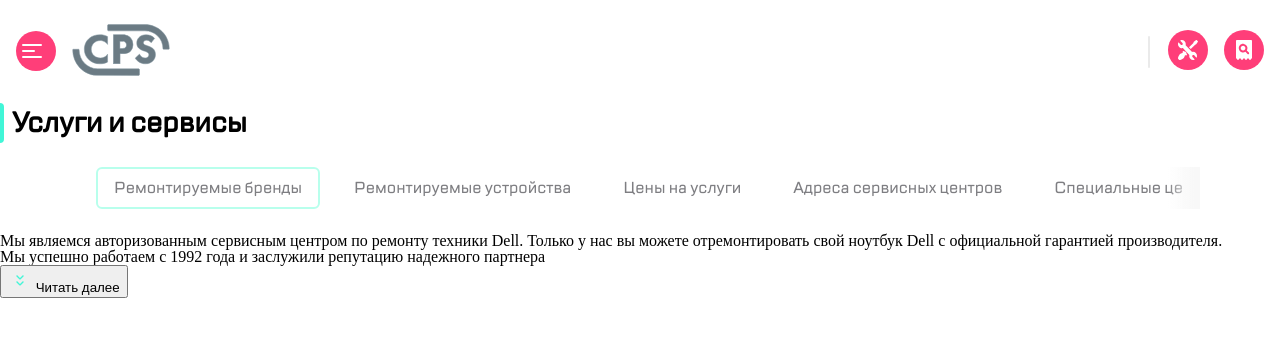
Repository: sem1103/bem
Page: index.html
These files come from the project's save history. The page is drawn as it stood at one moment and after the next save; the edit follows.
The browser window is 1280 px wide. The pictures show the whole page.

Above is the page before, as saved 2023-12-27 18:25:59.

### index.html
<!DOCTYPE html>
<html lang="en">
<head>
    <meta charset="UTF-8">
    <meta name="viewport" content="width=device-width, initial-scale=1.0">
    <title>CPS</title>
    <link rel="stylesheet" href="styles/reset.css">
    <link rel="stylesheet" href="styles/main.css">
</head>
<body>
    <div id="page" >
        <header>
            <nav>
                <div class="burger">
                    <button class="burger__btn ">
                        <span></span>
                        <span></span>
                        <span></span>
                    </button>
                </div>

                <div class="burger-menu">

                    <ul class="burger-menu__list">
                        <li><a href="">Главная</a></li>
                        <li><a href="">Услуги и сервисы</a></li>
                        <li><a href="">Контакты</a></li>
                        <li><a href="">
                            <svg xmlns="http://www.w3.org/2000/svg" width="40" height="40" viewBox="0 0 40 40" fill="none">
                                <rect width="40" height="40" rx="20" fill="#FF3E79"/>
                                <path fill-rule="evenodd" clip-rule="evenodd" d="M12.7602 23.25L15.3002 22.96C15.9102 22.89 16.5102 23.1 16.9402 23.53L18.7802 25.37C21.6102 23.93 23.9302 21.62 25.3702 18.78L23.5202 16.93C23.0902 16.5 22.8802 15.9 22.9502 15.29L23.2402 12.77C23.3602 11.76 24.2102 11 25.2302 11H26.9602C28.0902 11 29.0302 11.94 28.9602 13.07C28.4302 21.61 21.6002 28.43 13.0702 28.96C11.9402 29.03 11.0002 28.09 11.0002 26.96V25.23C10.9902 24.22 11.7502 23.37 12.7602 23.25Z" fill="white"/>
                              </svg>
                        </a></li>
                        <li><a href="">
                            <svg xmlns="http://www.w3.org/2000/svg" width="40" height="40" viewBox="0 0 40 40" fill="none">
                                <rect width="40" height="40" rx="20" fill="#FF3E79"/>
                                <path fill-rule="evenodd" clip-rule="evenodd" d="M28 11H12C10.9 11 10.01 11.9 10.01 13L10 31L14 26H28C29.1 26 30 25.1 30 24V13C30 11.9 29.1 11 28 11ZM21 22H15C14.45 22 14 21.55 14 21C14 20.45 14.45 20 15 20H21C21.55 20 22 20.45 22 21C22 21.55 21.55 22 21 22ZM25 17H15C14.45 17 14 16.55 14 16C14 15.45 14.45 15 15 15H25C25.55 15 26 15.45 26 16C26 16.55 25.55 17 25 17Z" fill="white"/>
                                <mask id="mask0_0_1880" style="mask-type:luminance" maskUnits="userSpaceOnUse" x="10" y="11" width="20" height="20">
                                  <path fill-rule="evenodd" clip-rule="evenodd" d="M28 11H12C10.9 11 10.01 11.9 10.01 13L10 31L14 26H28C29.1 26 30 25.1 30 24V13C30 11.9 29.1 11 28 11ZM21 22H15C14.45 22 14 21.55 14 21C14 20.45 14.45 20 15 20H21C21.55 20 22 20.45 22 21C22 21.55 21.55 22 21 22ZM25 17H15C14.45 17 14 16.55 14 16C14 15.45 14.45 15 15 15H25C25.55 15 26 15.45 26 16C26 16.55 25.55 17 25 17Z" fill="white"/>
                                </mask>
                                <g mask="url(#mask0_0_1880)">
                                </g>
                              </svg>
                        </a></li>
                        <li><a href="">
                            <svg xmlns="http://www.w3.org/2000/svg" width="40" height="40" viewBox="0 0 40 40" fill="none">
                                <rect width="40" height="40" rx="20" fill="#FF3E79"/>
                                <path d="M20.5 19C22.9853 19 25 16.9853 25 14.5C25 12.0147 22.9853 10 20.5 10C18.0147 10 16 12.0147 16 14.5C16 16.9853 18.0147 19 20.5 19Z" fill="white"/>
                                <path d="M10.0166 26.6118C9.88693 27.3412 10.5352 28 11.339 28H28.6604C29.4902 28 30.1125 27.3412 29.9829 26.6118C29.2309 22.4 25.0561 20 19.9997 20C14.9433 20 10.7686 22.4 10.0166 26.6118Z" fill="white"/>
                              </svg>
                        </a></li>
                    </ul>
                </div>

                <div class="logo">
                    <svg class="logo__item" xmlns="http://www.w3.org/2000/svg" width="98" height="52" viewBox="0 0 98 52" fill="none">
                        <path fill-rule="evenodd" clip-rule="evenodd" d="M36.5703 0.592529C36.018 0.592529 35.5703 1.04024 35.5703 1.59253V5.86748C35.5703 6.41977 36.018 6.86748 36.5703 6.86748H72.8973C83.0242 6.86748 90.9777 14.6641 90.9777 24.757C90.9777 25.0425 91.2092 25.274 91.4948 25.274H96.757C97.0425 25.274 97.274 25.0425 97.274 24.757C97.274 11.2677 86.432 0.592529 72.8973 0.592529H36.5703Z" fill="#6B7B84" stroke="#80949F" stroke-width="0.5"/>
                        <path fill-rule="evenodd" clip-rule="evenodd" d="M7.10682 25.7122C7.10682 25.4702 6.91059 25.2739 6.66853 25.2739H1.16436C0.922303 25.2739 0.726074 25.4702 0.726074 25.7122C0.726074 39.3616 10.9493 50.6311 24.1687 51.3686L66.5104 51.4064C67.063 51.4069 67.5113 50.959 67.5113 50.4064V45.8267C67.5113 45.2745 67.0635 44.8267 66.5113 44.8267H25.6265C15.3903 44.7984 7.10682 36.283 7.10682 25.7122Z" fill="#6B7B84" stroke="#80949F" stroke-width="0.5"/>
                        <path fill-rule="evenodd" clip-rule="evenodd" d="M28.1415 39.7924C30.8803 39.7924 33.1616 39.2603 35.4149 38.1655L35.5704 38.0199V30.1855L34.7273 31.2649C33.1049 33.0378 30.9259 34.0137 28.4608 34.0137C23.8692 34.0137 19.2575 31.0459 19.2575 25.3738C19.2575 21.0874 22.4381 16.532 28.2993 16.532C29.4688 16.532 32.313 16.8085 34.7232 19.368L35.5704 20.4117V12.6127L35.4218 12.4653C33.1258 11.3147 30.7843 10.7554 28.1137 10.7554C23.5467 10.7554 19.9821 11.9577 17.1438 14.4289C15.3435 15.9777 12.3408 19.4485 12.3408 25.2923C12.3408 29.6131 13.8793 32.9875 17.1669 35.9144C20.2252 38.5962 23.6163 39.7924 28.1415 39.7924Z" fill="#6B7B84"/>
                        <path d="M28.1415 39.7924C30.8803 39.7924 33.1616 39.2603 35.4149 38.1655L35.5704 38.0199V30.1855L34.7273 31.2649C33.1049 33.0378 30.9259 34.0137 28.4608 34.0137C23.8692 34.0137 19.2575 31.0459 19.2575 25.3738C19.2575 21.0874 22.4381 16.532 28.2993 16.532C29.4688 16.532 32.313 16.8085 34.7232 19.368L35.5704 20.4117V12.6127L35.4218 12.4653C33.1258 11.3147 30.7843 10.7554 28.1137 10.7554C23.5467 10.7554 19.9821 11.9577 17.1438 14.4289C15.3435 15.9777 12.3408 19.4485 12.3408 25.2923C12.3408 29.6131 13.8793 32.9875 17.1669 35.9144C20.2252 38.5962 23.6163 39.7924 28.1415 39.7924" stroke="#80949F" stroke-width="0.5"/>
                        <path fill-rule="evenodd" clip-rule="evenodd" d="M47.9111 17.2888H49.2755C50.5269 17.2888 51.9533 17.3571 53.0328 18.093C53.56 18.4695 54.4445 19.3412 54.4445 20.9246C54.4445 22.0946 53.9274 23.1437 53.0734 23.7984C51.9783 24.5932 50.6768 24.5476 49.6309 24.5476H47.9111V17.2888ZM50.977 29.8179C54.2084 29.8179 56.7377 28.8858 58.4943 27.1298C60.655 24.9735 60.9779 22.0073 60.9779 20.4435C60.9779 18.7703 60.5813 15.5066 57.9212 13.1435C55.7407 11.2328 53.4142 10.7554 50.1324 10.7554H41.3779V39.7924H48.0365V29.8179H50.977Z" fill="#6B7B84"/>
                        <path d="M47.9111 17.2888V17.0388H47.6611V17.2888H47.9111ZM53.0328 18.093L53.1782 17.8895L53.1736 17.8864L53.0328 18.093ZM53.0734 23.7984L53.2203 24.0007L53.2254 23.9968L53.0734 23.7984ZM47.9111 24.5476H47.6611V24.7976H47.9111V24.5476ZM58.4943 27.1298L58.3177 26.9529L58.3175 26.953L58.4943 27.1298ZM57.9212 13.1435L58.0872 12.9566L58.086 12.9555L57.9212 13.1435ZM41.3779 10.7554V10.5054H41.1279V10.7554H41.3779ZM41.3779 39.7924H41.1279V40.0424H41.3779V39.7924ZM48.0365 39.7924V40.0424H48.2865V39.7924H48.0365ZM48.0365 29.8179V29.5679H47.7865V29.8179H48.0365ZM47.9111 17.5388H49.2755V17.0388H47.9111V17.5388ZM49.2755 17.5388C50.5326 17.5388 51.8839 17.6123 52.892 18.2995L53.1736 17.8864C52.0227 17.1019 50.5212 17.0388 49.2755 17.0388V17.5388ZM52.8875 18.2964C53.3751 18.6447 54.1945 19.4495 54.1945 20.9246H54.6945C54.6945 19.233 53.7448 18.2943 53.1782 17.8895L52.8875 18.2964ZM54.1945 20.9246C54.1945 22.0205 53.7107 22.9948 52.9213 23.5999L53.2254 23.9968C54.1441 23.2926 54.6945 22.1687 54.6945 20.9246H54.1945ZM52.9265 23.596C51.9091 24.3345 50.6971 24.2976 49.6309 24.2976V24.7976C50.6564 24.7976 52.0475 24.8519 53.2202 24.0007L52.9265 23.596ZM49.6309 24.2976H47.9111V24.7976H49.6309V24.2976ZM48.1611 24.5476V17.2888H47.6611V24.5476H48.1611ZM50.977 30.0679C54.2568 30.0679 56.8563 29.1207 58.671 27.3066L58.3175 26.953C56.6191 28.6509 54.1599 29.5679 50.977 29.5679V30.0679ZM58.6709 27.3068C60.9029 25.0793 61.2279 22.0287 61.2279 20.4435H60.7279C60.7279 21.9859 60.407 24.8678 58.3177 26.9529L58.6709 27.3068ZM61.2279 20.4435C61.2279 18.7422 60.8263 15.3898 58.0872 12.9566L57.7552 13.3304C60.3363 15.6233 60.7279 18.7983 60.7279 20.4435H61.2279ZM58.086 12.9555C55.84 10.9874 53.4417 10.5054 50.1324 10.5054V11.0054C53.3867 11.0054 55.6415 11.4782 57.7564 13.3315L58.086 12.9555ZM50.1324 10.5054H41.3779V11.0054H50.1324V10.5054ZM41.1279 10.7554V39.7924H41.6279V10.7554H41.1279ZM41.3779 40.0424H48.0365V39.5424H41.3779V40.0424ZM48.2865 39.7924V29.8179H47.7865V39.7924H48.2865ZM48.0365 30.0679H50.977V29.5679H48.0365V30.0679Z" fill="#80949F"/>
                        <path fill-rule="evenodd" clip-rule="evenodd" d="M80.953 24.4687C79.5053 23.1861 77.4846 22.4425 75.1911 21.6713C73.5569 21.1027 72.6565 20.7894 72.0562 20.2421C71.5824 19.8399 71.3712 19.4033 71.3712 18.8262C71.3712 17.5622 72.2301 16.2113 74.6414 16.2113C76.2801 16.2113 77.6521 16.912 78.7197 18.293L79.1435 18.8414L82.6597 14.3656L82.3392 14.0445C80.1886 11.8924 77.3548 10.7554 74.1439 10.7554C67.6657 10.7554 64.7658 14.9699 64.7658 19.1468C64.7658 21.3882 65.5651 23.196 67.1367 24.5175C68.5437 25.7234 70.2595 26.3991 71.9054 26.9507L72.0914 27.0123C73.553 27.4954 75.0646 27.9954 75.9674 28.8034C76.5955 29.3805 76.8754 30.0076 76.8754 30.8367C76.8754 32.7368 75.379 34.0137 73.152 34.0137C71.3916 34.0137 69.0735 33.1508 67.8471 30.7296L67.5263 30.0953L63.1558 34.1411L63.4135 34.5056C64.8079 36.4801 67.9545 39.7924 73.3594 39.7924C79.3191 39.7924 83.4817 35.9608 83.4817 30.4751C83.4817 27.3374 82.1051 25.4752 80.953 24.4687Z" fill="#6B7B84"/>
                        <path d="M80.953 24.4687C79.5053 23.1861 77.4846 22.4425 75.1911 21.6713C73.5569 21.1027 72.6565 20.7894 72.0562 20.2421C71.5824 19.8399 71.3712 19.4033 71.3712 18.8262C71.3712 17.5622 72.2301 16.2113 74.6414 16.2113C76.2801 16.2113 77.6521 16.912 78.7197 18.293L79.1435 18.8414L82.6597 14.3656L82.3392 14.0445C80.1886 11.8924 77.3548 10.7554 74.1439 10.7554C67.6657 10.7554 64.7658 14.9699 64.7658 19.1468C64.7658 21.3882 65.5651 23.196 67.1367 24.5175C68.5437 25.7234 70.2595 26.3991 71.9054 26.9507L72.0914 27.0123C73.553 27.4954 75.0646 27.9954 75.9674 28.8034C76.5955 29.3805 76.8754 30.0076 76.8754 30.8367C76.8754 32.7368 75.379 34.0137 73.152 34.0137C71.3916 34.0137 69.0735 33.1508 67.8471 30.7296L67.5263 30.0953L63.1558 34.1411L63.4135 34.5056C64.8079 36.4801 67.9545 39.7924 73.3594 39.7924C79.3191 39.7924 83.4817 35.9608 83.4817 30.4751C83.4817 27.3374 82.1051 25.4752 80.953 24.4687" stroke="#80949F" stroke-width="0.5"/>
                      </svg>
                </div>

                <div class="right-nav">
                    <ul class="right-nav__list">
                        <li><a href="">
                            <svg xmlns="http://www.w3.org/2000/svg" width="40" height="40" viewBox="0 0 40 40" fill="none">
                                <rect width="40" height="40" rx="20" fill="#FF3E79"/>
                                <path d="M18.2581 23.4583L18.6668 23.0494L16.95 21.3322L16.5412 21.7411L16.3368 21.5367C16.0098 21.1687 15.6828 20.9643 15.3558 21.0052C15.1105 21.0052 14.9061 21.1687 14.7426 21.414C14.4973 21.8229 14.62 22.2726 14.6608 22.5588C14.6608 22.6406 14.7017 22.6815 14.7017 22.7632C14.7017 22.8859 14.7017 23.0494 14.4156 23.0903C14.0068 23.213 13.4754 23.3356 12.944 23.6218C12.2082 24.0307 11.7176 24.3987 11.4315 24.7666C9.91902 26.7291 10.0008 28.4055 10.0008 28.4872C10.0008 28.6099 10.0417 28.6917 10.1234 28.7325L11.2271 29.8773C11.3089 29.9591 11.3906 30 11.4724 30C11.4724 30 11.5133 30 11.595 30C12.0038 30 13.4754 29.9182 15.1922 28.569C15.5601 28.2828 15.928 27.7922 16.3368 27.0562C16.623 26.5656 16.7865 26.0341 16.8682 25.5844C16.95 25.2982 17.0726 25.2982 17.1953 25.2982C17.2361 25.2982 17.3179 25.339 17.3996 25.339C17.5631 25.3799 17.7267 25.4208 17.931 25.4208C18.1354 25.4208 18.3398 25.3799 18.5442 25.2573C18.7895 25.0937 18.953 24.8893 18.9939 24.644C19.0347 24.3169 18.8712 23.9898 18.5033 23.7036L18.2581 23.4583Z" fill="white"/>
                                <path d="M26.884 14.8784L28.0188 14.326C28.0609 14.2835 28.1449 14.241 28.1869 14.1986L29.9101 11.8616C30.0362 11.6916 30.0362 11.4367 29.8681 11.3092L28.6913 10.1195C28.5652 9.99199 28.313 9.9495 28.1449 10.077L25.8333 11.8191C25.7913 11.8616 25.7493 11.9041 25.7072 11.989L25.1609 13.1363L21 17.2154L22.7652 19L26.884 14.8784Z" fill="white"/>
                                <path d="M27.8527 23.0448C26.8636 22.0036 25.4393 21.6288 24.0941 22.0036L17.6453 15.1733C17.7244 14.7985 17.764 14.4653 17.764 14.0905C17.764 13.0493 17.3683 12.0081 16.6166 11.2167C15.588 10.0923 14.045 9.71742 12.6207 10.2172C12.5416 10.2588 12.4229 10.3838 12.3833 10.5504C12.3833 10.6753 12.4229 10.8003 12.502 10.9252L14.4406 12.966C14.8758 13.4241 14.8758 14.2154 14.4406 14.6735C14.0054 15.1317 13.2537 15.1317 12.8185 14.6735L10.8799 12.6328C10.7612 12.5495 10.6425 12.5078 10.4843 12.5495C10.3656 12.5495 10.2469 12.6744 10.2073 12.7994C9.73256 14.2571 10.0886 15.8813 11.1173 16.9642C11.8294 17.7555 12.8581 18.172 13.8867 18.172C14.2032 18.172 14.5593 18.1303 14.8758 18.047L21.3642 24.8773C21.0082 26.2933 21.4038 27.7927 22.3533 28.8339C23.105 29.6252 24.0546 30 25.0832 30C25.5184 30 25.914 29.9167 26.3492 29.7918C26.4679 29.7501 26.5866 29.6252 26.6262 29.5002C26.6658 29.3753 26.6262 29.2087 26.5075 29.1254L24.5689 27.0846C24.3711 26.8764 24.2128 26.5432 24.2128 26.21C24.2128 25.8768 24.3315 25.5853 24.5689 25.3354C24.8063 25.0855 25.0832 24.9606 25.3997 24.9606C25.7162 24.9606 25.9932 25.0855 26.2306 25.3354L28.1692 27.3762C28.2879 27.4595 28.4065 27.5011 28.5252 27.5011C28.6439 27.4595 28.7626 27.3762 28.8022 27.2512C28.9209 26.8348 29 26.3766 29 25.9185C29 24.8356 28.6044 23.7944 27.8527 23.0448Z" fill="white"/>
                              </svg>
                        </a></li>

                        <li><a href="">
                            <svg xmlns="http://www.w3.org/2000/svg" width="40" height="40" viewBox="0 0 40 40" fill="none">
                                <rect width="40" height="40" rx="20" fill="#FF3E79"/>
                                <path fill-rule="evenodd" clip-rule="evenodd" d="M12 11C12 10.4477 12.4477 10 13 10H27C27.5523 10 28 10.4477 28 11V28.5C27.1716 28.5 26.5 29.1715 26.5 29.9999H25.5C25.5 29.1715 24.8284 28.5 24 28.5C23.1716 28.5 22.5 29.1715 22.5 29.9999H21.5C21.5 29.1715 20.8284 28.5 20 28.5C19.1716 28.5 18.5 29.1715 18.5 29.9999H17.5C17.5 29.1715 16.8284 28.5 16 28.5C15.1716 28.5 14.5 29.1715 14.5 29.9999H13.5C13.5 29.1715 12.8284 28.5 12 28.5V11ZM21.4163 21.7884C20.5536 22.3443 19.4703 22.5936 18.3296 22.3827C16.5274 22.0472 15.0895 20.5326 14.8595 18.7114C14.4952 15.8261 16.9492 13.4201 19.8538 13.8802C21.656 14.1677 23.1034 15.6439 23.4006 17.4365C23.5828 18.5484 23.3239 19.5741 22.7871 20.4272L24.896 22.5265C25.2699 22.9003 25.2699 23.5138 24.896 23.8876C24.5126 24.2711 23.8991 24.2711 23.5252 23.8972L21.4163 21.7884ZM16.7058 18.0588C16.7058 16.7599 17.7599 15.7058 19.0588 15.7058C20.3576 15.7058 21.4117 16.7599 21.4117 18.0588C21.4117 19.3576 20.3576 20.4117 19.0588 20.4117C17.7599 20.4117 16.7058 19.3576 16.7058 18.0588Z" fill="white"/>
                              </svg>
                        </a></li>
                    </ul>
                </div>
            </nav>
        </header>

        <main >
            <div class="title">
                <h1>
                    Услуги и сервисы
                </h1>
                <ul class="title__nav">
                    <li><a href=""></a></li>
                    <li><a href=""></a></li>
                </ul>
            </div>



            <div class="navigation container">
                <ul class="navigation__list">
                    <li><button class="navigation__item navigation__item_active">Ремонтируемые бренды</button></li>
                    <li><button class="navigation__item">Ремонтируемые устройства</button></li>
                    <li><button class="navigation__item">Цены на услуги</button></li>
                    <li><button class="navigation__item">Адреса сервисных центров</button></li>
                    <li><button class="navigation__item">Специальные цены</button></li>
                </ul>
            </div>

            <section class="content">
                <div class="content__text">
                    <p>Мы являемся авторизованным сервисным центром по ремонту техники Dell. Только у нас вы можете отремонтировать свой ноутбук Dell с официальной гарантией производителя.</p>
                    <p>
                        Мы успешно работаем с 1992 года и заслужили репутацию надежного партнера
                    </p>

                    <button class="content__more">
                        <svg xmlns="http://www.w3.org/2000/svg" width="24" height="24" viewBox="0 0 24 24" fill="none">
                            <path fill-rule="evenodd" clip-rule="evenodd" d="M14.5001 7.50008L12.0001 10.0001L9.50008 7.50008C9.22393 7.22393 8.77622 7.22393 8.50008 7.50008C8.22393 7.77622 8.22393 8.22393 8.50008 8.50008L11.293 11.293C11.6835 11.6835 12.3167 11.6835 12.7072 11.293L15.5001 8.50008C15.7762 8.22393 15.7762 7.77622 15.5001 7.50008C15.2239 7.22393 14.7762 7.22393 14.5001 7.50008ZM14.5001 13.5001L12.0001 16.0001L9.50008 13.5001C9.22393 13.2239 8.77622 13.2239 8.50008 13.5001C8.22393 13.7762 8.22393 14.2239 8.50008 14.5001L11.293 17.293C11.6835 17.6835 12.3167 17.6835 12.7072 17.293L15.5001 14.5001C15.7762 14.2239 15.7762 13.7762 15.5001 13.5001C15.2239 13.2239 14.7762 13.2239 14.5001 13.5001Z" fill="#41F6D7"/>
                          </svg>
                          Читать далее
                    </button>
                </div>

            </section>
        </main>

        <footer></footer>
    </div>
</body>
</html>

### styles/reset.css
:root{
    --green: #57aa32;
    --gray: #2e2d2c;
}
html{
    scroll-behavior: smooth;
}
html,
body,
div,
span,
applet,
object,
iframe,
h1,
h2,
h3,
h4,
h5,
h6,
p,
blockquote,
pre,
a,
abbr,
acronym,
address,
big,
cite,
code,
del,
dfn,
em,
img,
ins,
kbd,
q,
s,
samp,
small,
strike,
strong,
sub,
sup,
tt,
var,
b,
u,
i,
center,
dl,
dt,
dd,
ol,
ul,
li,
fieldset,
form,
label,
legend,
table,
caption,
tbody,
tfoot,
thead,
tr,
th,
td,
article,
aside,
canvas,
details,
embed,
figure,
figcaption,
footer,
header,
hgroup,
menu,
nav,
output,
ruby,
section,
summary,
time,
mark,
audio,
video {
    margin: 0;
    padding: 0;
    border: 0;
    font-size: 100%;
    font: inherit;
    vertical-align: baseline
}

article,
aside,
details,
figcaption,
figure,
footer,
header,
hgroup,
menu,
nav,
section {
    display: block
}

body {
    line-height: 1;
}

ol,
ul {
    list-style: none
}

blockquote,
q {
    quotes: none
}

blockquote:before,
blockquote:after,
q:before,
q:after {
    content: '';
    content: none
}

table {
    border-collapse: collapse;
    border-spacing: 0
}

a {
    text-decoration: none;
    color: #365edc;
    transition: all .3s ease-in-out
}

a:hover {
    color: #365edc;
}

* {
    box-sizing: border-box
}

main img{
    width: 100%;
    height: auto;
}

### styles/main.css
:root{
    --pink: #FF3E79;
}
@font-face {
    font-family: 'TT Lakes Medium';
    src: url('../fonts/TTLakes-Medium.eot');
    src: url('../fonts/TTLakes-Medium.eot?#iefix') format('embedded-opentype'),
    url('../fonts/TTLakes-Medium.woff') format('woff'),
    url('../fonts/TTLakes-Medium.ttf') format('truetype');
    font-weight: normal;
    font-style: normal;
    }
h1{
    font:700 28px/40px 'TT Lakes Medium';
    position: relative;
    padding: 0 0 0 12px;
}
h1::before{
    content: '';
    position: absolute;
    width: 4px;
    height: 100%;
    left: 0;
    background: #41F6D7;
    border-radius: 0 5px 5px 0;
}
.container{
    max-width: 1120px;
    margin: 0 auto;
    padding: 0 16px;
}
header{
    position: relative;
    padding: 24px 16px;
}
nav{
    display: flex;
    align-items: center;
}
nav > div:last-child{
    margin: 0 0 0 auto;
}
.burger-menu{
    position: absolute;
    left: -300%;
}
.burger__btn{
    width: 40px;
    height: 40px;
    background: var(--pink);
    border: 0;
    border-radius: 50%;
    position: relative;
    cursor: pointer;
    margin: 0 16px 0 0;
}
.burger__btn span{
    display: block;
    width: 20px;
    height: 2px;
    background: #fff;
    border-radius: 5px;
    position: absolute;
    top: 50%;
    transform: translate(0, -50%);
}
.burger__btn span:first-child{
    top: 35%;
}
.burger__btn span:nth-child(2){
    width: 13px;
}
.burger__btn span:last-child{
    top: 65%;
}

.right-nav__list{
    display: flex;
    gap: 16px;
    position: relative;
}
.logo__item{
    position: relative;
}
.right-nav__list::before{
    content: "";
    position: absolute;
    left: -20px;
    height: 32px;
    top: 50%;
    transform: translateY(-50%);
    width: 2px;
    border-radius: 1px;
    background-color: #EAEAEA;
}
.navigation{
    position: relative;
}
.navigation__list{
    display: flex;
    overflow: auto;
    gap: 16px;
    margin: 24px 0;
}
.navigation::after{
    content: '';
    width: 32px;
    height: 100%;
    position: absolute;
    right: 0;
    top: 0;
    background: linear-gradient(270deg, #F8F8F8 16.84%, rgba(248, 248, 248, 0.00) 100%);}
.navigation__item{
    color: #7E7E82;
    font: 500 16px 'TT Lakes Medium';
    background-color: #fff;
    padding: 8px 16px;
    white-space: nowrap;
    border: 2px solid transparent;
    border-radius: 6px;
    transition: all .3s ease-in-out;
}
.navigation__item_active{
    border-color: #B8FFEC;
}

After the next save:
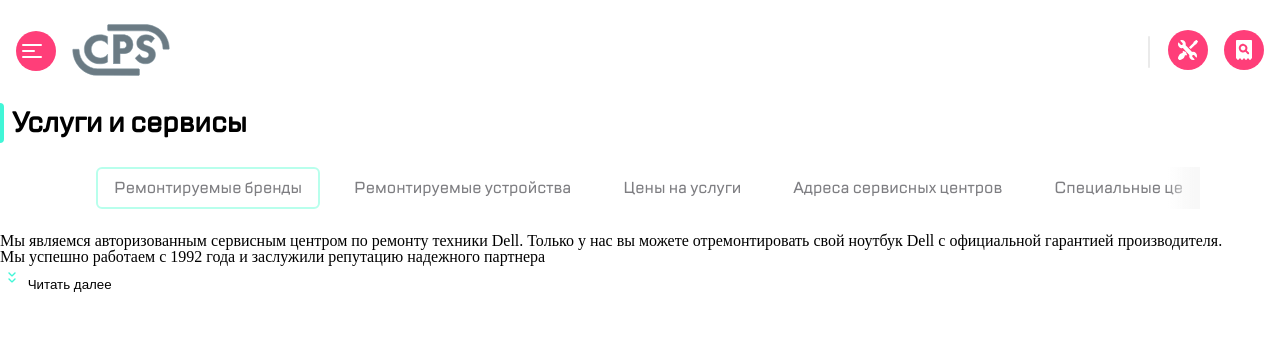
Saved 25 s later.
--- a/styles/main.css
+++ b/styles/main.css
@@ -123,3 +123,9 @@
 .navigation__item_active{
     border-color: #B8FFEC;
 }
+
+.content__more{
+    background-color: transparent;
+    border: 0;
+    padding: 0;
+}
